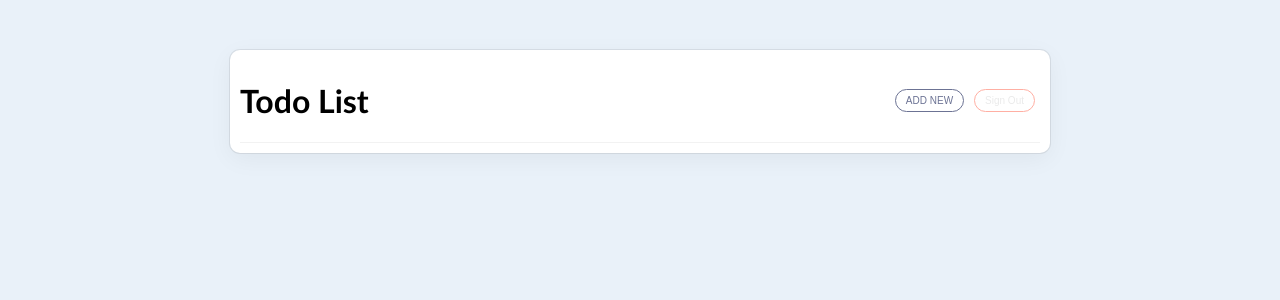
Repository: mosesvk/_todo
Page: / (app in client/)
These files come from the project's save history. The page is drawn as it stood at one moment and after the next save; the edit follows.
The browser window is 1280 px wide. The pictures show the whole page.
The page's requests for data from a server got no answer. The project was rebuilt for these pictures with package versions that can differ from the ones it lists, and the page was loaded fresh each time. No one was signed in, and anything a server would have sent is missing. Also part of the build but not shown: client/vite.config.js, client/src/components/Modal.jsx, client/src/components/ProgressBar.jsx, client/src/components/ListItem.jsx. Imported but missing from the stored project, and not drawn on this page: client/src/components/TickIcon.

Above is the page before, as saved 2023-05-04 15:03:28.

### client/src/App.jsx
import { useState, useEffect } from 'react'
import ListHeader from './components/ListHeader'
import ListItem from './components/ListItem'

const App = () => {
  const userEmail = 'test@test.com'
  const [tasks, setTasks] = useState(null)

  const getData = async () => {

    try {
      const response = await fetch(`http://localhost:8000/todos/${userEmail}`)
      const json = await response.json()
      setTasks(json)
    } catch (err) {
      console.error(err)
    }
  }

  useEffect(() => {
    getData()
  }, [])

  // console.log(tasks)

  const sortedTasks = tasks?.sort((a, b) => new Date(a.date) - new Date(b.date))

  return (
    <div className='app'>
      <ListHeader listName='Todo List' />
      {sortedTasks?.map((task) => <ListItem key={task.id} task={task} />)}
    </div>
  )
}

export default App

### client/src/index.css
body {
  margin: 0;
  padding: 0;
  background-color: #e9f1f9;
  display: flex;
  justify-content: center;
  font-family: 'Trebuchet MS', Arial, sans-serif;
}

.app {
  background-color: #ffffff;
  box-shadow: #0000000d 0 6px 24px, #00000014 0 0 0 1px;
  border-radius: 10px;
  padding: 10px;
  width: 800px;
  margin: 50px;
}

.button-container,
.info-container {
  display: flex;
  align-items: center;
}

.button-container button {
  margin: 0 5px;
  padding: 5px 10px;
  font-size: 10px;
  border-radius: 12px;
  background-color: transparent;
  cursor: pointer;
}


.edit {
    border: 1.5px solid #8db591;
    color: #8db591;
    text-transform: uppercase;
}

.edit:hover {
    background-color: #b6dfba;
}

.edit:active {
    border: 1.5px solid rgb(141, 181, 145);
    color: rgb(255, 255, 255);
    background-color: rgb(141, 181, 145);
}

.delete {
    border: 1.5px solid rgb(255, 175, 163);
    color: rgb(255, 175, 163);
    text-transform: uppercase;
}

.delete:hover {
    background-color: rgb(255, 201, 193);
}

.delete:active {
    background-color: rgb(255, 175, 163);
    color: rgb(255, 255, 255);
}

.create {
    border: 1.5px solid rgb(108, 115, 148);
    color: rgb(108, 115, 148);
    text-transform: uppercase;
}

.create:hover {
    background-color: rgb(131, 138, 172);
}

.create:active {
    background-color: rgb(108, 115, 148);
    color: rgb(255, 255, 255);
}

.signout {
    border: 1.5px solid rgb(255, 175, 163);
    background-color: rgb(255, 175, 163);
    color: rgb(234, 234, 234);
}

.signout:hover {
    background-color: rgb(175, 94 , 94) !important;
    border: 1.5px solid rgb(175, 94, 94);
}

.signout:active {
    border: 1.5px solid rgb(175, 81, 81);
    background-color: 1.5px solid rgb(175, 81, 81);
    color: rgb(255, 255, 255)
}


input {
    margin: 11px 0;
    padding: 12px 16px;
    border-radius: 12px;
    border: 1.5px solid rgb(230, 232, 236)
}


/* List Header  */

.list-header {
  width: 100%;
  display: flex;
  justify-content: space-between;
  border-bottom: #0000000d 1px solid;
}

.list-item {
  width: 100%;
  margin: 10px 0;
  border-radius: 10px;
  box-shadow: #00000014 0 0 0 1px;
  display: flex;
  justify-content: space-between;
}

.check {
  stroke: '#5dac83' !important;
  margin-right: 10px;
}


/* Modal  */

.overlay {
    position: absolute;
    left: 0;
    top: 0;
    width: 100vw;
    height: 100vh;
    background-color: rgba(0, 0, 0, 0.5);
    display: flex;
    justify-content: center;
    align-items: center;
}

.modal {
    width: 500px;
    background-color: rgb(255, 255, 255);
    padding: 40px;
    border-radius: 10px;
    box-shadow: rgba(0, 0, 0, 0.05) 0 6px 24px 0, rgba(0, 0, 0, 0.08) 0 0 0 1px;
}

.modal .form-title-container {
    display: flex;
    justify-content: space-between;
}

.modal .form-title-container button {
    border: none;
    background-color: transparent;
}

.modal .form-title-container button:active {
    color: rgb(255, 50, 50)
}

.modal form {
    display: flex;
    flex-direction: column;
}

.modal label {
    font-size: 13px
}

### client/src/components/ListHeader.jsx
import React from 'react'
import Modal from './Modal'
import { useState } from 'react'

const ListHeader = ({listName}) => {

  const [showModal, setShowModal] = useState(false)

  const signOut = () => {
    console.log('signout')
  }

  return (
    <div className='list-header'>
      <h1>{listName}</h1>
      <div className="button-container">
        <button className="create" onClick={() => setShowModal(true)}>Add New</button>
        <button className="signout" onClick={signOut}>Sign Out</button>
      </div>
      {showModal && <Modal mode={'create'} setShowModal={setShowModal}/>}
    </div>
  )
}

export default ListHeader

Loaded but not shown: client/index.html (common file); client/src/main.jsx (common file)

After the next save:
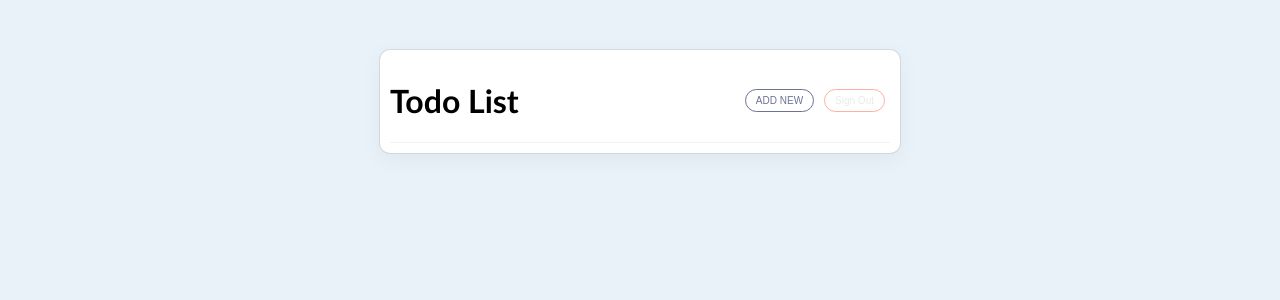
Saved 6 h 1 min later.
--- a/client/src/index.css
+++ b/client/src/index.css
@@ -12,7 +12,7 @@ body {
   box-shadow: #0000000d 0 6px 24px, #00000014 0 0 0 1px;
   border-radius: 10px;
   padding: 10px;
-  width: 800px;
+  width: 500px;
   margin: 50px;
 }
 
